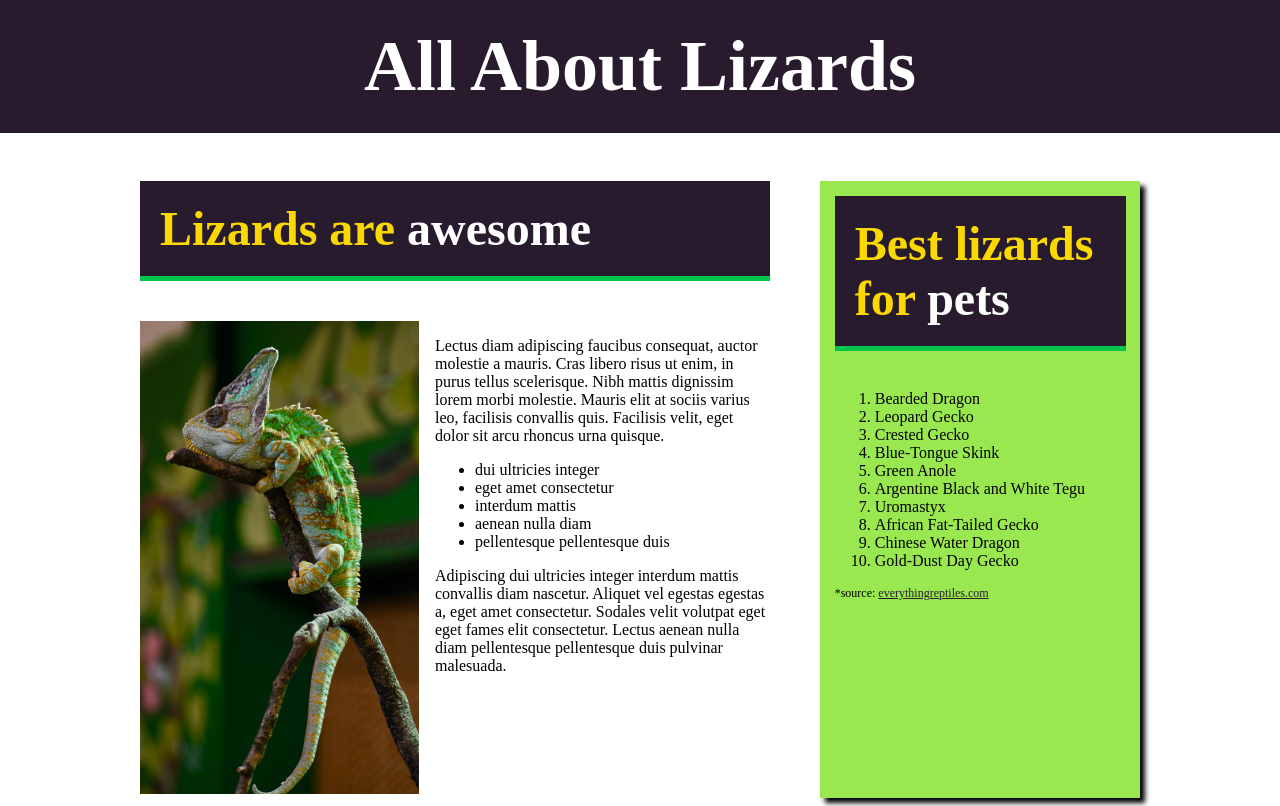
Repository: Doumham-Armah/lizards-landing--page
Page: index.html
The author's editor kept a copy of each file at every save. The page is drawn from the files as they stood at one save, then again after the next save.
The browser window is 1280 px wide. The pictures show the whole page.

Above is the page before, as saved 2021-08-10 16:20:40.

After the next save:
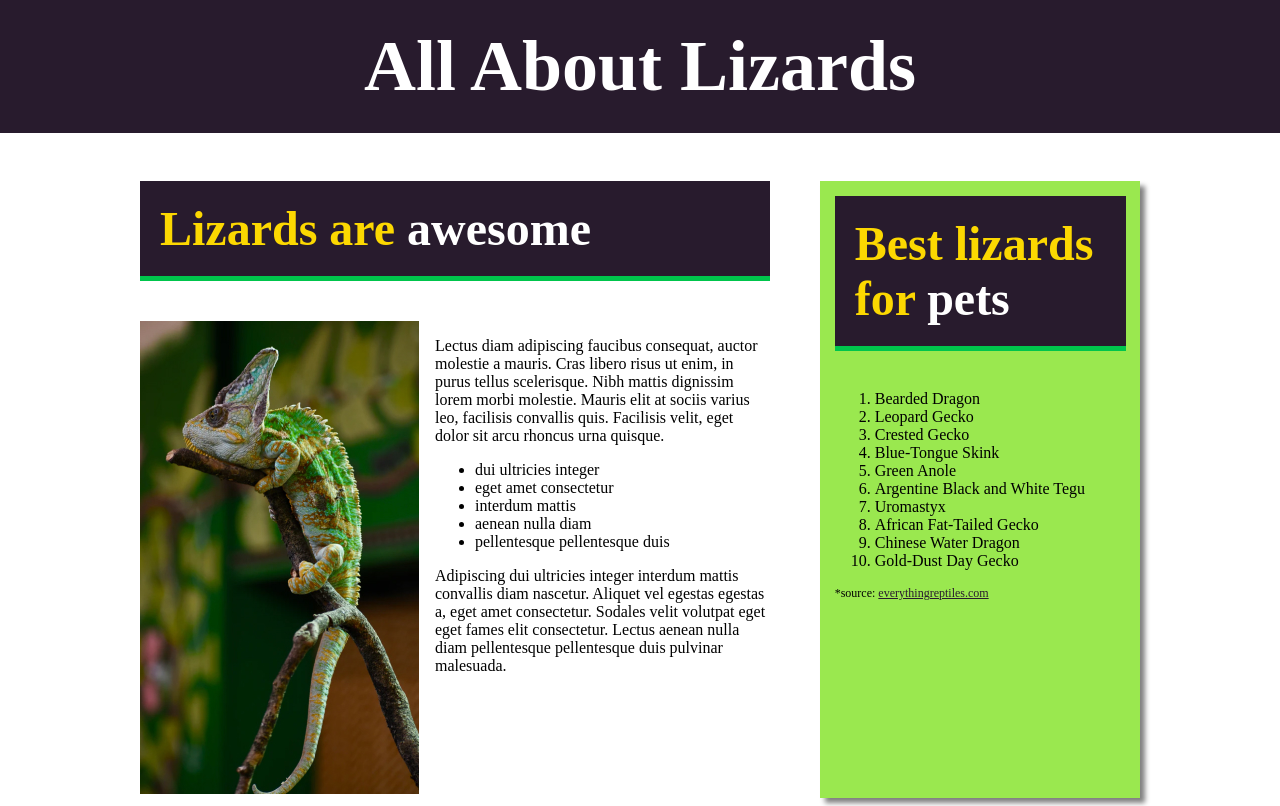
Saved 5 s later.
--- a/css/style.css
+++ b/css/style.css
@@ -61,7 +61,7 @@ a:hover {
 .sidebar {
   background-color: #9ae84f;
   padding: 0.9rem;
-  box-shadow: 5px 5px 5px black;
+  box-shadow: 5px 5px 5px gray;
 }
 .source {
   font-size: 12px;
